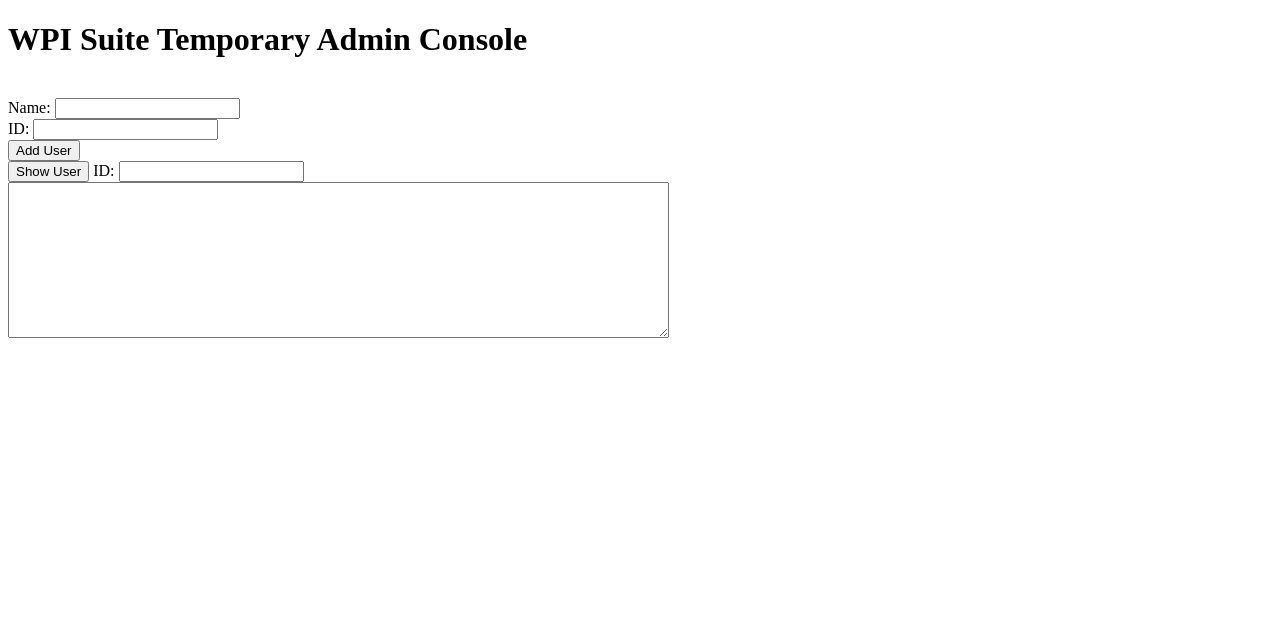
Repository: fracture91/wpi-suite-tng
Page: WPISuite/WebContent/index.html
These files come from the project's save history. The page is drawn as it stood at one moment and after the next save; the edit follows.
The browser window is 1280 px wide. The pictures show the whole page.

Above is the page before, as saved 2012-09-24 02:27:19.

After the next save:
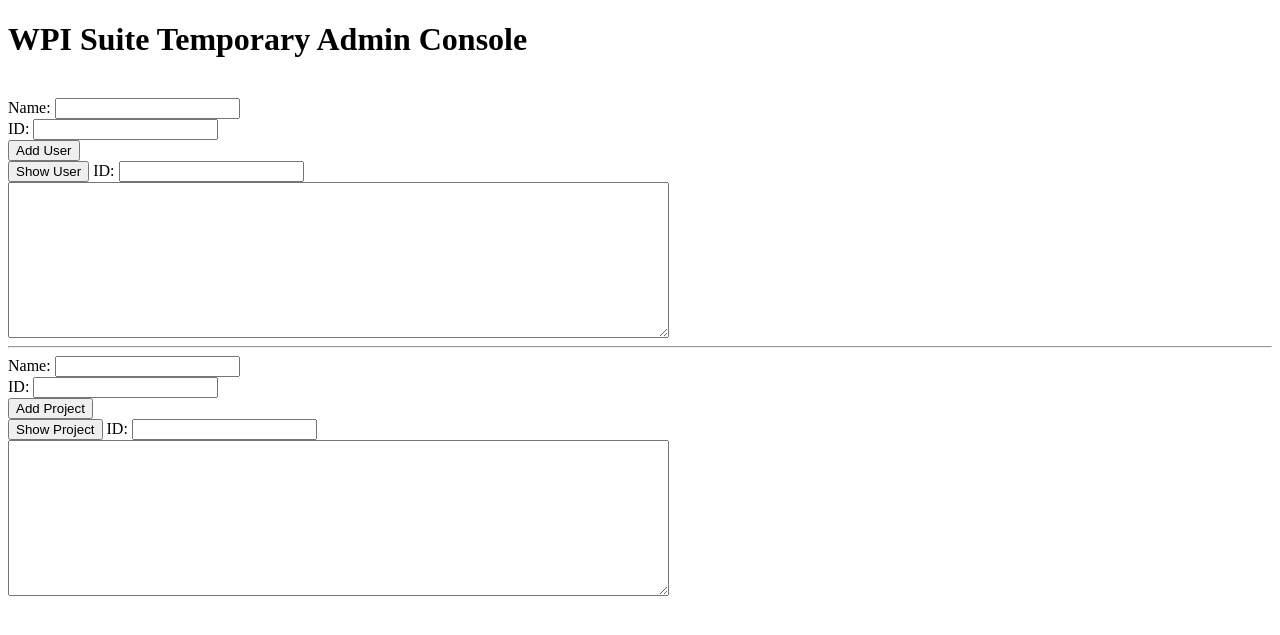
Saved 20 min 42 s later.
--- a/WPISuite/WebContent/index.html
+++ b/WPISuite/WebContent/index.html
@@ -45,6 +45,46 @@
     request.open('PUT', "API/user/", true);
     request.send(user);
 }
+
+function showProject()
+{
+	 getUser(document.getElementById("showidp").value);
+}
+function displayp(text)
+{
+	document.getElementById("displayp").value = text;
+}
+
+function addProject()
+{
+	User = new Object();
+	User.name = document.getElementById("name").value;
+	User.idNum = document.getElementById("id").value;
+	putProject(JSON.stringify(User));
+
+}
+
+
+function getProject(user)
+{
+	var request = new XMLHttpRequest();
+	request.onreadystatechange = function()
+	    {
+		    if(request.readyState == 4 && request.status == 200)
+		    {
+		        displayp(request.responseText);
+		    }
+	    }
+    request.open('GET', "API/project/"+user, true);
+    request.send();
+}
+
+function putProject(user)
+{
+    var request = new XMLHttpRequest();
+    request.open('PUT', "API/project/", true);
+    request.send(user);
+}
 </script>
 
 </head>
@@ -52,7 +92,6 @@
 <h1>WPI Suite Temporary Admin Console</h1>
 <br />
 
-        <section>
             <label>Name: </label><input id="name" maxlength="40" /> <br />
             <label>ID: </label><input id="id" maxlength="15" /> <br />
             <button onclick="addUser()">Add User</button>
@@ -62,7 +101,15 @@
             <button onclick="showUser()">Show User</button><label> ID: </label><input id="showid" maxlength="15" /> <br />
             <textarea id="display" rows="10" cols="80"></textarea>
 
-        </section>
+			<hr>
 
+            <label>Name: </label><input id="namep" maxlength="40" /> <br />
+            <label>ID: </label><input id="idp" maxlength="15" /> <br />
+            <button onclick="addProject()">Add Project</button>
+
+            <br />
+
+            <button onclick="showProject()">Show Project</button><label> ID: </label><input id="showidp" maxlength="15" /> <br />
+            <textarea id="displayp" rows="10" cols="80"></textarea>
 </body>
 </html>
